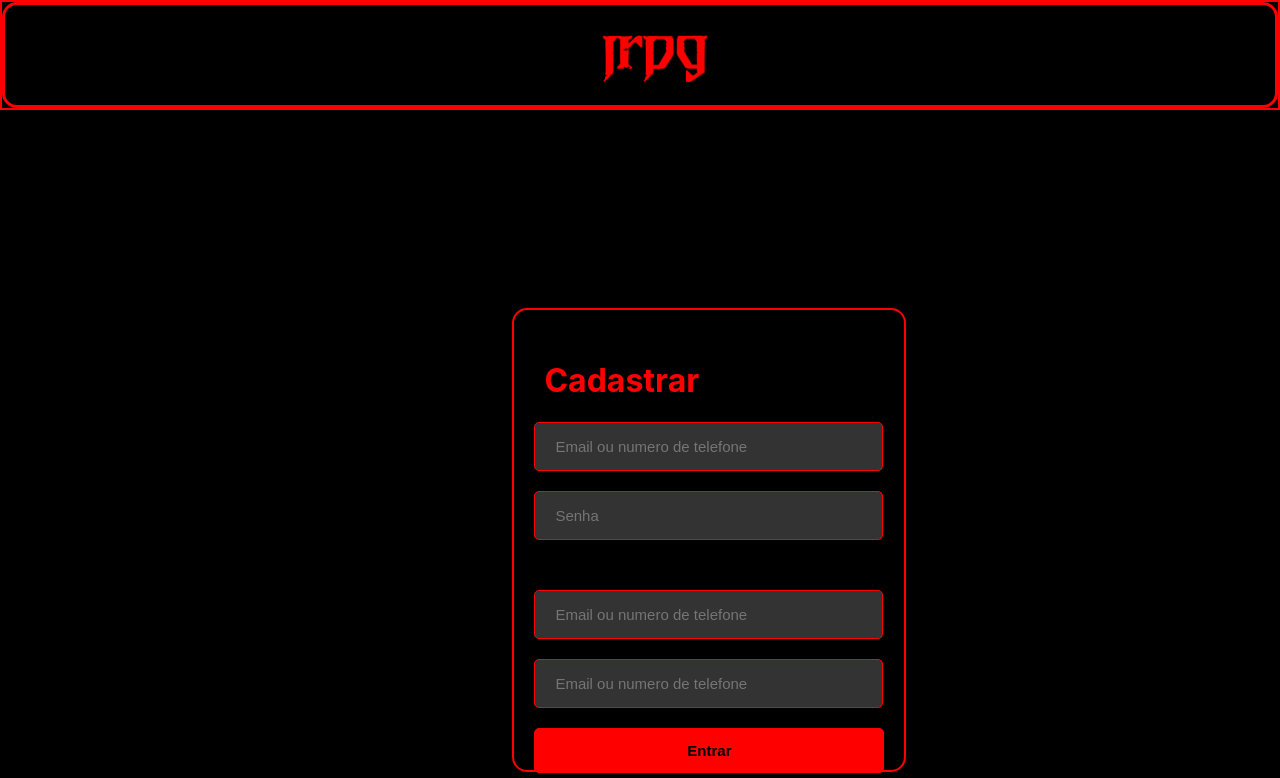
Repository: jpmaffei18/PROJETO_JAVA
Page: http://localhost/FinalWeb/cadastro.jsp
The author's editor kept a copy of each file at every save. The page is drawn from the files as they stood at one save, then again after a run of saves.
The browser window is 1280 px wide. The pictures show the whole page.
Some web fonts or font styles are not loaded; a fallback is used. The page is served by Tomcat 9. Other server files are loaded and not shown.

Above is the page before, as saved 2023-04-12 12:48:22.

### FinalWeb/src/main/webapp/cadastro.jsp
<!DOCTYPE html>
<html lang="pt-br">
<head>
    <meta charset="UTF-8">
    <meta http-equiv="X-UA-Compatible" content="IE=edge">
    <meta name="viewport" content="width=device-width, initial-scale=1.0">
    <link href="cadastro.css" rel="stylesheet">
    <link href="https://fonts.cdnfonts.com/css/gobold" rel="stylesheet">
    <link href="https://fonts.cdnfonts.com/css/glacial-indifference-2" rel="stylesheet">

    <title> LOGIN </title>
</head>
<body>
    <header class="cabecalho">
       <img src="imagens/JRPG LOGO.png">
    </header>


    <div class="form">
        <h1>Cadastrar</h1>
            <form method="POST" action="LoginServlet">
                <input type="text" name="usuario" id="email" class="email"placeholder="Email ou numero de telefone" style="width: 325px; height: 45px; border: solid 1px red; border-radius:5px;  margin-left: 10px; background-color: #333333; padding-left: 20px;  color: white; font-size: 15px;" >
                <br/>
                <br/>
                <input type="password" name="senha" id="password" class="form-control" data-toggle="password" placeholder="Senha" style="width: 325px; height: 45px; border: solid 1px red; border-radius:5px;  background-color: #333333; color: white; padding-left: 20px; margin-bottom: 10px; margin-left: 10px; font-size: 15px;">
                <br/>
                <div class="box">
                <br/>
                <br/>
                <input type="text" name="nome" id="nome" class="email"placeholder="Email ou numero de telefone" style="width: 325px; height: 45px; border: solid 1px red; border-radius:5px;  margin-left: 10px; background-color: #333333; padding-left: 20px;  color: white; font-size: 15px;" >
                <br/>
                <br/>
                <input type="text" name="email" id="email" class="email"placeholder="Email ou numero de telefone" style="width: 325px; height: 45px; border: solid 1px red; border-radius:5px;  margin-left: 10px; background-color: #333333; padding-left: 20px;  color: white; font-size: 15px;" >
                <br/>
                <br/>

                <input type="submit" name="submit" id="submit" class="submit" style="background-color: red; color: black; width: 350px; height: 45px; border-radius:5px; border:solid 1px red; margin-bottom: 5px; margin-left: 10px; font-weight:900; font-size: 15px; " value="Entrar"/>
                </form>
                </div>

</body>
</html>

### FinalWeb/src/main/webapp/cadastro.css
@import url('https://fonts.cdnfonts.com/css/glacial-indifference-2');
@import url('https://fonts.cdnfonts.com/css/gobold');



body{
    margin: 0;
    margin-top: 0;
    background-color: black ;
    overflow-x: hidden;
    border: solid 2px red;
}

.conteudo{
    width: 100%;
    height: 848px;
    border: solid 2px red;
}

.cabecalho{
    background-color: black ;
    width: 99,7%;
    height: 80px;
    border-radius: 15px;
    border: solid 3px red;
    color: red;
    padding-top: 20px;
    padding-left: 80px;
    align-content: center;
    align-items: center;
    text-align: center;
}

header img{
    margin-top: -20px;
    width: 200px;
    margin-right: 60px;
}

header h3{
    float: right;
    margin-right: 20px;
    margin-left:-40px;
}

header a{
    color: white;
    text-decoration: none;
}


.form{
    height: 400px;
    width: 350px;
    float: left;
    background-color: rgba(0,0,0,.75);
    border: solid 2px red;
    border-radius:15px;
    margin-left: 40%;
    margin-top: 200px;
    padding: 30px;
    padding-left:10px;
    font-family:-apple-system, BlinkMacSystemFont, 'Segoe UI', Roboto, Oxygen, Ubuntu, Cantarell,
    'Open Sans', 'Helvetica Neue', sans-serif;
    color: white;




}
.form h1{
    text-align: left;
    margin-left: 20px;
    color: red;
}

.form .inputs{
    padding: 5px;
    border-radius: 5px;

}

After the next 3 saves:
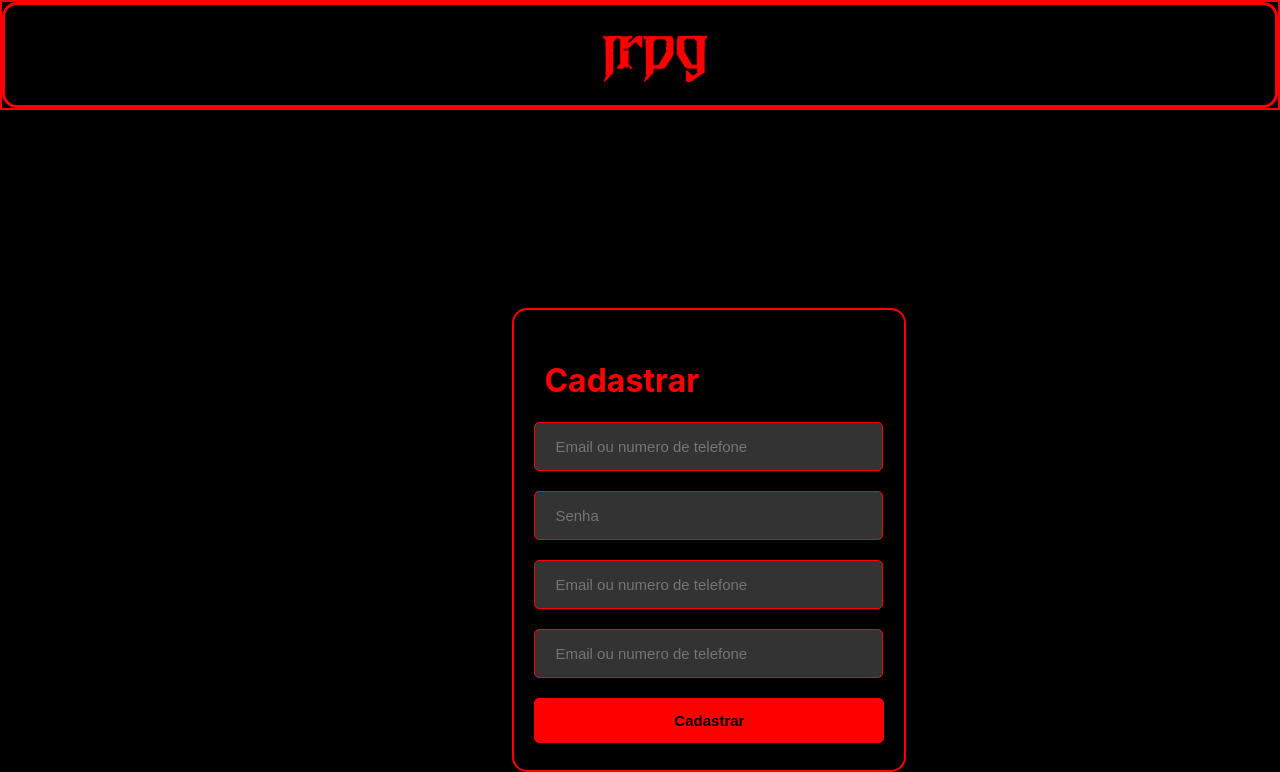
The 3 saves are shown as one change because they came seconds apart.
The last was saved 8 s later.
--- a/FinalWeb/src/main/webapp/cadastro.jsp
+++ b/FinalWeb/src/main/webapp/cadastro.jsp
@@ -18,15 +18,14 @@
 
     <div class="form">
         <h1>Cadastrar</h1>
-            <form method="POST" action="LoginServlet">
-                <input type="text" name="usuario" id="email" class="email"placeholder="Email ou numero de telefone" style="width: 325px; height: 45px; border: solid 1px red; border-radius:5px;  margin-left: 10px; background-color: #333333; padding-left: 20px;  color: white; font-size: 15px;" >
+            <form method="POST" action="CadastroUsuarioServlet">
+                <input type="text" name="usuario" id="usuario" class="email"placeholder="Email ou numero de telefone" style="width: 325px; height: 45px; border: solid 1px red; border-radius:5px;  margin-left: 10px; background-color: #333333; padding-left: 20px;  color: white; font-size: 15px;" >
                 <br/>
                 <br/>
-                <input type="password" name="senha" id="password" class="form-control" data-toggle="password" placeholder="Senha" style="width: 325px; height: 45px; border: solid 1px red; border-radius:5px;  background-color: #333333; color: white; padding-left: 20px; margin-bottom: 10px; margin-left: 10px; font-size: 15px;">
+                <input type="password" name="senha" id="password" class="form-control" data-toggle="password" placeholder="Senha" style="width: 325px; height: 45px; border: solid 1px red; border-radius:5px;  background-color: #333333; color: white; padding-left: 20px; margin-left: 10px; font-size: 15px;">
+                <br/>
                 <br/>
                 <div class="box">
-                <br/>
-                <br/>
                 <input type="text" name="nome" id="nome" class="email"placeholder="Email ou numero de telefone" style="width: 325px; height: 45px; border: solid 1px red; border-radius:5px;  margin-left: 10px; background-color: #333333; padding-left: 20px;  color: white; font-size: 15px;" >
                 <br/>
                 <br/>
@@ -34,7 +33,7 @@
                 <br/>
                 <br/>
 
-                <input type="submit" name="submit" id="submit" class="submit" style="background-color: red; color: black; width: 350px; height: 45px; border-radius:5px; border:solid 1px red; margin-bottom: 5px; margin-left: 10px; font-weight:900; font-size: 15px; " value="Entrar"/>
+                <input type="submit" name="submit" id="submit" class="submit" style="background-color: red; color: black; width: 350px; height: 45px; border-radius:5px; border:solid 1px red; margin-bottom: 5px; margin-left: 10px; font-weight:900; font-size: 15px; " value="Cadastrar"/>
                 </form>
                 </div>
 
